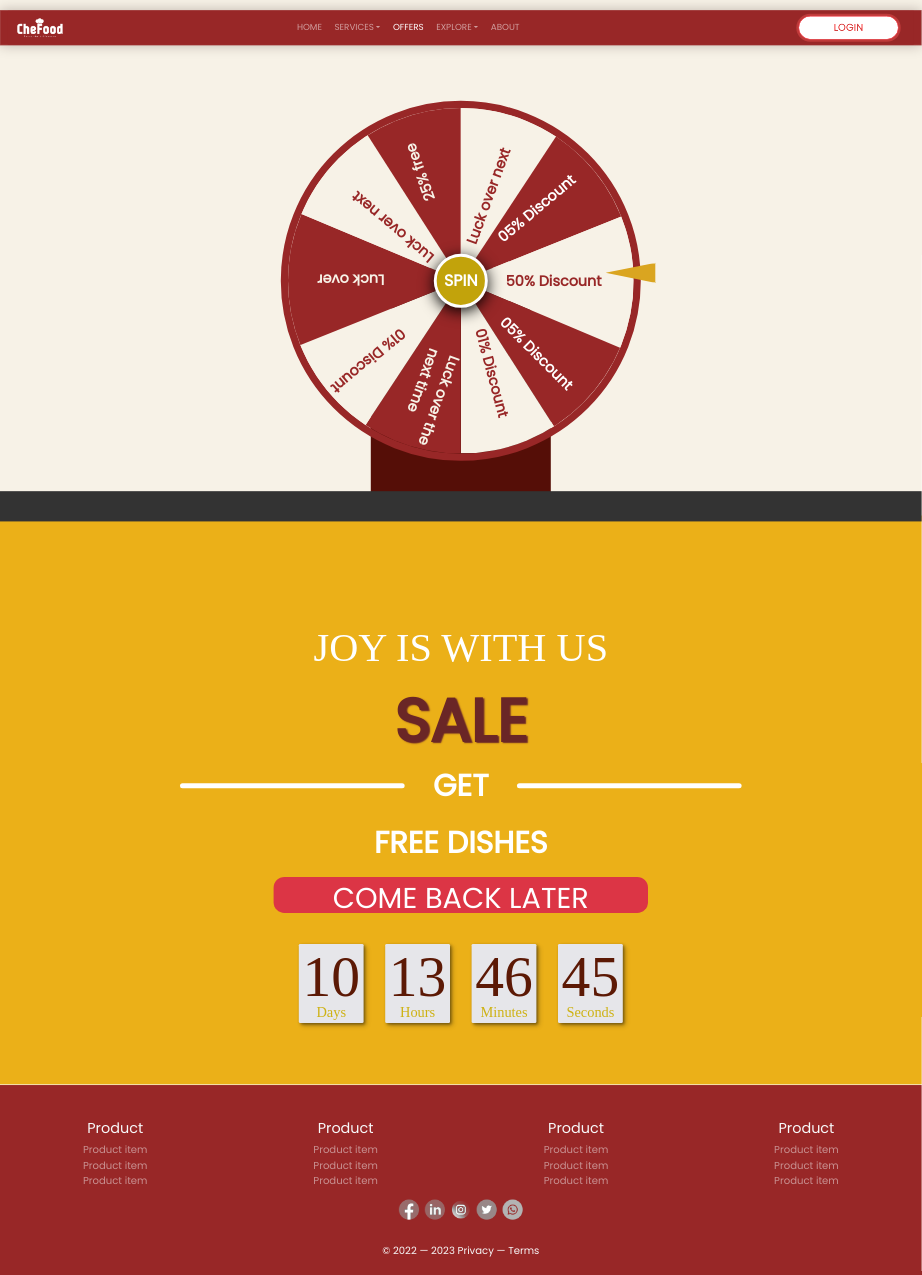
Repository: qamchamine/chefood
Page: /offers (app in front-end/)
These files come from the project's save history. The page is drawn as it stood at one moment and after a run of saves; the edit follows.
The browser window is 1280 px wide. The pictures show the whole page, at 72% of full size.
The project was rebuilt for these pictures with package versions that can differ from the ones it lists, and the page was loaded fresh each time. Some packages were replaced by stand-ins written for this rebuild. Also part of the build but not shown: front-end/src/components/small_components/ButtonMain.jsx, front-end/src/components/small_components/HomeCard.jsx, front-end/src/components/small_components/HomeCardFullSection.jsx, front-end/src/components/pages/Home.jsx, front-end/src/css/explore.css, front-end/src/components/pages/sub-pages/Gallery.jsx, front-end/src/components/pages/sub-pages/Delivery.jsx, front-end/src/components/small_components/ComponentToPrint.jsx and 28 more. Imported but missing from the stored project, and not drawn on this page: front-end/src/sounds/applause.mp3, front-end/src/sounds/wheel.mp3.

Above is the page before, as saved 2023-06-18 20:00:10.

### front-end/public/index.html
<!DOCTYPE html>
<html lang="en">
  <head>
    <meta charset="utf-8" />
    <link rel="icon" href="%PUBLIC_URL%/favicon.ico" />
    <meta name="viewport" content="width=device-width, initial-scale=1" />
    <meta name="theme-color" content="#000000" />
    <meta
      name="description"
      content="Web site created using create-react-app"
    />
    <link
    rel="stylesheet"
    href="https://fonts.googleapis.com/css?family=Roboto:400,700"
  />
    <link rel="apple-touch-icon" href="%PUBLIC_URL%/logo192.png" />
    <link rel="manifest" href="%PUBLIC_URL%/manifest.json" />

    <link rel="stylesheet" href="https://fonts.googleapis.com/icon?family=Material+Icons">

    <link rel="stylesheet" href="https://maxcdn.bootstrapcdn.com/font-awesome/4.7.0/css/font-awesome.min.css">
    <script src="https://code.jquery.com/jquery-3.5.1.min.js"></script>
    <script src="https://cdn.jsdelivr.net/npm/popper.js@1.16.0/dist/umd/popper.min.js"></script>




    <title>React App</title>
  </head>
  <body>

    <div id="root"></div>
<!--     <script src="jquery/jquery-3.6.0.js"></script>  -->
    <script src="https://unpkg.com/sweetalert/dist/sweetalert.min.js"></script>

  </body>
</html>

### front-end/src/components/pages/Offers.jsx
import React from 'react'
import WheelSpin from '../small_components/WheelSpin'
import OffersButtom from '../small_components/OffersButtom'
export default function Offers() {
  return (
    <div>


      <WheelSpin/>
      <OffersButtom/>
    </div>
  )
}

### front-end/src/css/home.css
.homeBG {
    height: fit-content;
    position: relative;
    right: -10%;
    top: 34%;
    z-index: -1;
    width: 100em !important;


}
@font-face {
    font-family: 'poppin';
    src: url('../fonts/Poppins/Poppins-Regular.ttf') ;
    font-weight: normal;
    font-style: normal;
  }
body {
    font-family:'poppin', sans-serif !important;
    background-color: #F7F2E7 !important;
    max-width: 100vw;
    font-weight: normal !important;
    overflow-x: hidden;
    font-size: 14px !important;
}

body::-webkit-scrollbar {
    width: 0;
}

.nb {
/*     position: fixed; */
/*     top: 1em; */
    background-color: #982727 !important;
    box-shadow: 0 0px 20px #1f020241;
    border: 1px solid #ffffff22;
}

.navbar {
    background-color: #982727 !important;
}

.changeColor {
    background-color: blue !important;
}

.signUP {
    background: white !important;
    color: #982727 !important;
    font-weight: bold !important;
    outline: 5px solid #982727ab;
    outline-offset: -2px;
    transition: 500ms ease;


}

.homeContent {
    height: 90vh;
    z-index: 0;
    margin-top: -1.5em !important;
}

.homeContent h1 {
    color: #F7F2E7;
    text-align: start;
width: 40vw !important;
}

.homeContent h1 span {
    position: relative;
    display: inline-block;
    margin-bottom: 10px;
    padding: 4px 20px 8px;
    transition: 1s ease;
}

.homeContent h1 span::before {
    content: '';
    position: absolute;
    background: #982727;
    left: 0;
    top: 0;
    z-index: -1;
    width: 100%;
    height: 100%;
    transform: skew(-10deg);
}

.homeContent h1 span:last-child::before {
    transform: skew(10deg);
}

.homeContent p {
    width: 72%;
    color: #982727;
    text-align: left;
}

.homeContent .homeMainButtons {
    width: 72%;
}

.cardBtn {
    transition: 1s ease;
}

.cardBtn:hover {
    filter: brightness(130%);

}

.cardBtn i {
    left: 63%;
    transition: 300ms ease;
}

.cardBtn:hover i {
    left: 75%;
}

.btnMain:hover {
    filter: brightness(130%);
}

.card-img-top {
    object-fit: cover;
}

.signUP:hover {

    background: #982727 !important;
    color: white !important;
    font-weight: bold !important;
    outline: 5px solid #ffffff55;
    outline-offset: -4px;
}

.cardsGroup:not(:first-child) {
    translate: 50% 0;
}

.arrow-1-1 {
    position: absolute;
    top: 50%;
    left: 0;
}

.home .carousel-control-prev-icon,
.home .carousel-control-next-icon {

    width: 1.3em;
    height: 1.3em;
    color:black !important;

    outline: 12px solid #982929;
    outline-offset: -1px;
    background-color: #982929;
    background-size: 100%, 100%;
    border-radius: 50%;
    box-shadow: 0 0 10px black;
}

.home .carousel-control-prev,
.home .carousel-control-next {
    z-index: 10;
    width: 4em !important;
/*     background: red; */

}

/* .py-4 {
    padding-top: 0rem !important;
    padding-bottom: 0rem !important;
} */

.nb{
    zoom:87%;
}

### front-end/src/css/delivery.css
.price {
    background: #982727;
    color: white;
    text-align: center;
    padding-block: 1em;
    border-radius: .5em;
}

.delivery-page .card {
    transition: 300ms ease;
    user-select: none;
}

.delivery-page .card ul {
    list-style-type: none;
}

.delivery-page .card:hover {
    filter: contrast(120%);
    cursor: pointer;
    outline: .3em solid #982727;
    box-shadow: 0 .4em 0px .3em #982727 !important;
}

.delivery-page {
    height: fit-content;
    display: flex;
    align-items: center;
    margin-top: 8em !important;
}
.scroll-bar-activated::-webkit-scrollbar {
    display: block !important;
    background: rgba(255, 0, 0, 0) !important;
    width: 1em !important;
}
.scroll-bar-activated{
    overflow: overlay !important;

}
.scroll-bar-activated::-webkit-scrollbar-thumb {
    display: block !important;
    background: linear-gradient(to bottom,transparent 0% 23%,#982727 20% 70%,transparent 50% 100%) !important;
    z-index: 10000000 !important;
    width: 10px !important;
}

.delivery-page>div {
    height: fit-content;
    position: relative;

}

.delivery-page>div:last-child h5 img {
    height: 11em;
}

h1.section-2{
    margin-top: 4em ;
}
.cards2{
    margin-bottom: 5em ;
}
h1{
    text-transform: uppercase;
    color: #6a2626;;
}

### front-end/src/components/small_components/WheelSpin.jsx
import React, { useEffect,useContext } from 'react'
import '../../css/spinWheel.css'
import applause from '../../sounds/applause.mp3'
import wheel from '../../sounds/wheel.mp3'
import {Link} from 'react-router-dom'
import swal from 'sweetalert2'
import { LoginContext } from '../../config/LoginContext'
export default function WheelSpin() {
  const { isLoggedIn } = useContext(LoginContext);

useEffect(() => {


    function shuffle(array) {
        var currentIndex = array.length,
          randomIndex;

        // While there remain elements to shuffle...
        while (0 !== currentIndex) {
          // Pick a remaining element...
          randomIndex = Math.floor(Math.random() * currentIndex);
          currentIndex--;

          // And swap it with the current element.
          [array[currentIndex], array[randomIndex]] = [
            array[randomIndex],
            array[currentIndex],
          ];
        }

        return array;
      }

      document.querySelector('.spin').addEventListener('click',spin)
      function spin() {
        // Play the sound
        document.querySelector('#wheel').play();
        // Inisialisasi variabel
        const box = document.getElementById("box");
        const element = document.getElementById("mainbox");
        let SelectedItem = "";

        let MagicRoaster = shuffle([1890, 2250, 2610]);
        let Sepeda = shuffle([1850, 2210, 2570]); //Kemungkinan : 100%
        let RiceCooker = shuffle([1810, 2170, 2530]);
        let LunchBox = shuffle([1770, 2130, 2490]);
        let Sanken = shuffle([1750, 2110, 2470]);
        let Electrolux = shuffle([1630, 1990, 2350]);
        let JblSpeaker = shuffle([1570, 1930, 2290]);

        // Bentuk acak
        let Hasil = shuffle([
          MagicRoaster[0],
          Sepeda[0],
          RiceCooker[0],
          LunchBox[0],
          Sanken[0],
          Electrolux[0],
          JblSpeaker[0],
        ]);
        // console.log(Hasil[0]);

        // Ambil value item yang terpilih
        if (MagicRoaster.includes(Hasil[0])) SelectedItem = "50% Discount";
        if (Sepeda.includes(Hasil[0])) SelectedItem = " 05% Discount";
        if (RiceCooker.includes(Hasil[0])) SelectedItem = "01% Discount";
        if (LunchBox.includes(Hasil[0])) SelectedItem = "Luck over the next time";
        if (Sanken.includes(Hasil[0])) SelectedItem = "01% Discount";
        if (Electrolux.includes(Hasil[0])) SelectedItem = "25% Discount";
        if (JblSpeaker.includes(Hasil[0])) SelectedItem = "05% Discount";

        // Proses
        box.style.setProperty("transition", "all ease 5s");
        box.style.transform = "rotate(" + Hasil[0] + "deg)";
        element.classList.remove("animate");
        setTimeout(function () {
          element.classList.add("animate");
        }, 5000);

        // Munculkan Alert
        setTimeout(function () {
            document.querySelector('#applause').play();
/*           swal(
            "Congratulations",
            "You Won The " + SelectedItem + ".",
            "success"
          ); */


         new swal({
            title: "Congratulations",
            text: "You Won The " + SelectedItem + ".",
            icon: "success",
            buttons: {
              confirm: {
                text: "CLAIM REWARD",
                value: true,
                className: "claim-btn"
              },
            },
          })
          .then((value) => {
            // The user clicked the "OK" button
/*             console.log("User clicked OK");
 */          });


        }, 6000);

        // Delay and set to normal state
        setTimeout(function () {
          box.style.setProperty("transition", "initial");
          box.style.transform = "rotate(90deg)";
        }, 9000);
      }


}, []);




  return (
    <div className="spinner-wheel ">
    <div className="mainbox" id="mainbox">
      <div className="box" id="box">
        <div className="box1">
          <span className="font span1"><b >  Luck over next </b></span>
          <span className="font span2"><b>05% Discount</b></span>
          <span className="font span3"><b>50% Discount</b></span>
          <span className="font span4"><b> 05%  Discount</b></span>
          <span className="font span5"><b> 01% Discount <br />
              </b></span>
        </div>
        <div className="box2">
          <span className="font span1"><b>Luck over the next time</b></span>
          <span className="font span2"><b>01% Discount </b></span>
          <span className="font span3"><b>Luck over </b></span>
          <span className="font span4"><b>Luck over next</b></span>
          <span className="font span5"><b>25% free</b></span>
        </div>
      </div>

      <div className="text-center">

	<button  className={`spin ${isLoggedIn?'':'d-none'} ` } >SPIN</button>
  {isLoggedIn?'':<button  className="trigger-btn spin" data-bs-toggle="modal" data-bs-target="#myModal">SPIN</button>}

</div>

<div id="myModal" className="modal ">
	<div className="modal-dialog position-relative modal-confirm">
		<div className="modal-content ">
			<div className="modal-header flex-column">
                <button type="button" className="btn-close " style={{translate:'80% -80%'}} data-bs-dismiss="modal" ></button>
				<div className="icon-box">
					<i className="material-icons">warning</i>
				</div>
				<h4 className="modal-title w-100 ">You need to login first !</h4>
			</div>
			<div className="modal-body">
				<p>Do you really want to delete these records? This process cannot be undone.</p>
			</div>
			<div className="modal-footer justify-content-center gap-4">

        <Link to='/register' className="btn w-25 btn-secondary"
        >Register</Link>

        <Link to='/login' className="btn w-25 px-4 ">Login</Link>
			</div>
		</div>
	</div>
</div>













    </div>
    <audio controls="controls" id="applause" src={applause} type="audio/mp3"></audio>
    <audio controls="controls" id="wheel" src={wheel} type="audio/mp3"></audio>
    <div className='spinBase'></div>
<div className=' w-100 position-absolute top-100' style={{height:'3em',background:'#333',translate:'0 -90%'}}>

</div>

  </div>
  )
}

### front-end/src/components/small_components/OffersButtom.jsx
import React from 'react'
import '../pages/style/offoreB.css'
// import  CountDown  from './CountDown'
import Timer from './Timer'


export default function OffersButtom() {
  return (
    <div className='parent-element bgBorder'>
      <div className='borderTB'></div>
        <div className=' contM '>
            <h1 className='title'>Joy is with us</h1>
                <h1 className='titleblack color-dark'>SALE</h1>
                  <p className='getparagraph'>GET</p>
                  <p>FREE DISHES</p>

                  <span className='bg-danger h1 Vbotton  '>COME BACK LATER</span>
                  {/* <CountDown duration={2 * 24 * 60 * 60 * 1000}/> */}
                  <Timer/>


        </div>
      <div className='borderTB'></div>
    </div>
  )
}

### front-end/src/components/small_components/Timer.jsx
import React, { useEffect, useState } from 'react';
import '../../css/Timer.css'

function Timer() {
  const [days, setDays] = useState('00');
  const [hours, setHours] = useState('00');
  const [minutes, setMinutes] = useState('00');
  const [seconds, setSeconds] = useState('00');

  useEffect(() => {
    function makeTimer() {
      const endTime = new Date("29 jun 2023 9:56:00 GMT+01:00");
      const endTimeInSeconds = Date.parse(endTime) / 1000;

      const now = new Date();
      const nowInSeconds = Date.parse(now) / 1000;

      const timeLeft = endTimeInSeconds - nowInSeconds;

      const calculatedDays = Math.floor(timeLeft / 86400);
      const calculatedHours = Math.floor((timeLeft - calculatedDays * 86400) / 3600);
      const calculatedMinutes = Math.floor((timeLeft - calculatedDays * 86400 - calculatedHours * 3600) / 60);
      const calculatedSeconds = Math.floor(timeLeft - calculatedDays * 86400 - calculatedHours * 3600 - calculatedMinutes * 60);

      const formattedHours = calculatedHours < 10 ? `0${calculatedHours}` : calculatedHours.toString();
      const formattedMinutes = calculatedMinutes < 10 ? `0${calculatedMinutes}` : calculatedMinutes.toString();
      const formattedSeconds = calculatedSeconds < 10 ? `0${calculatedSeconds}` : calculatedSeconds.toString();

      setDays(calculatedDays.toString());
      setHours(formattedHours);
      setMinutes(formattedMinutes);
      setSeconds(formattedSeconds);
    }

    const timerInterval = setInterval(makeTimer, 100);

    return () => {
      clearInterval(timerInterval);
    };
  }, []);

  return (
    <div className='timer'>
      <div id="days" className='timerD' >{days}<span className='Stime'>Days</span></div>
      <div id="hours"  className='timerD'>{hours}<span className='Stime'>Hours</span></div>
      <div id="minutes" className='timerD' >{minutes}<span className='Stime'>Minutes</span></div>
      <div id="seconds" className='timerD' >{seconds}<span className='Stime'>Seconds</span></div>
    </div>
  );
}

export default Timer;

### front-end/src/css/Timer.css

@import url(https://fonts.googleapis.com/css?family=Titillium+Web:400,200,200italic,300,300italic,900,700italic,700,600italic,600,400italic);

/* .timer {
  font-family: 'Titillium Web', cursive;
  width: 800px;
  margin: 0 auto;
  text-align: center;
  color: white;
  background: #222;
  font-weight: 100;
} */

.timer {
  display: inline-flex;
  line-height: 1;
  padding: 20px;
  font-size: 40px;
  font-family: 'Times New Roman', cursive;


}
.timerD{
    border-radius: 2px;
    padding: 5px;
    font-size: 10px;
    border: 70px rgb(131, 55, 55);
    box-shadow:2px 2px 4px rgba(0, 0, 0, 0.4), 4px 4px 8px rgba(0, 0, 0, 0.2);
}

.Stime {
  display: block;
  font-size: 20px;
  color: rgb(206, 178, 19);

}

#days {
  font-size: 80px;
  color: rgb(92, 25, 5);
  background-color:rgb(230, 230, 234);

  margin: 15px;
}
#hours {
  font-size: 80px;
  color: rgb(92, 25, 5);
  background-color:rgb(230, 230, 234);
  margin: 15px;
}
#minutes {
  font-size: 80px;

  color: rgb(92, 25, 5);
  background-color:rgb(230, 230, 234);
  margin: 15px;
}
#seconds {
  font-size: 80px;
  color: rgb(92, 25, 5);
  background-color:rgb(230, 230, 234);
  margin: 15px;
}

Loaded but not shown: front-end/src/index.css (common file); front-end/src/App.js (39 lines, source omitted); front-end/src/config/LoginContext.js (68 lines, source omitted); front-end/src/index.js (20 lines, source omitted); front-end/src/css/reservation.css (400 lines, source omitted); front-end/src/css/spinWheel.css (284 lines, source omitted); front-end/src/components/Navbar.jsx (162 lines, source omitted); front-end/src/css/nav-footer.css (260 lines, source omitted); front-end/src/css/contactus.css (178 lines, source omitted); front-end/src/components/pages/style/offoreB.css (191 lines, source omitted); front-end/src/components/Footer.jsx (57 lines, source omitted); front-end/src/css/location.css (150 lines, source omitted)

After the next 2 saves:
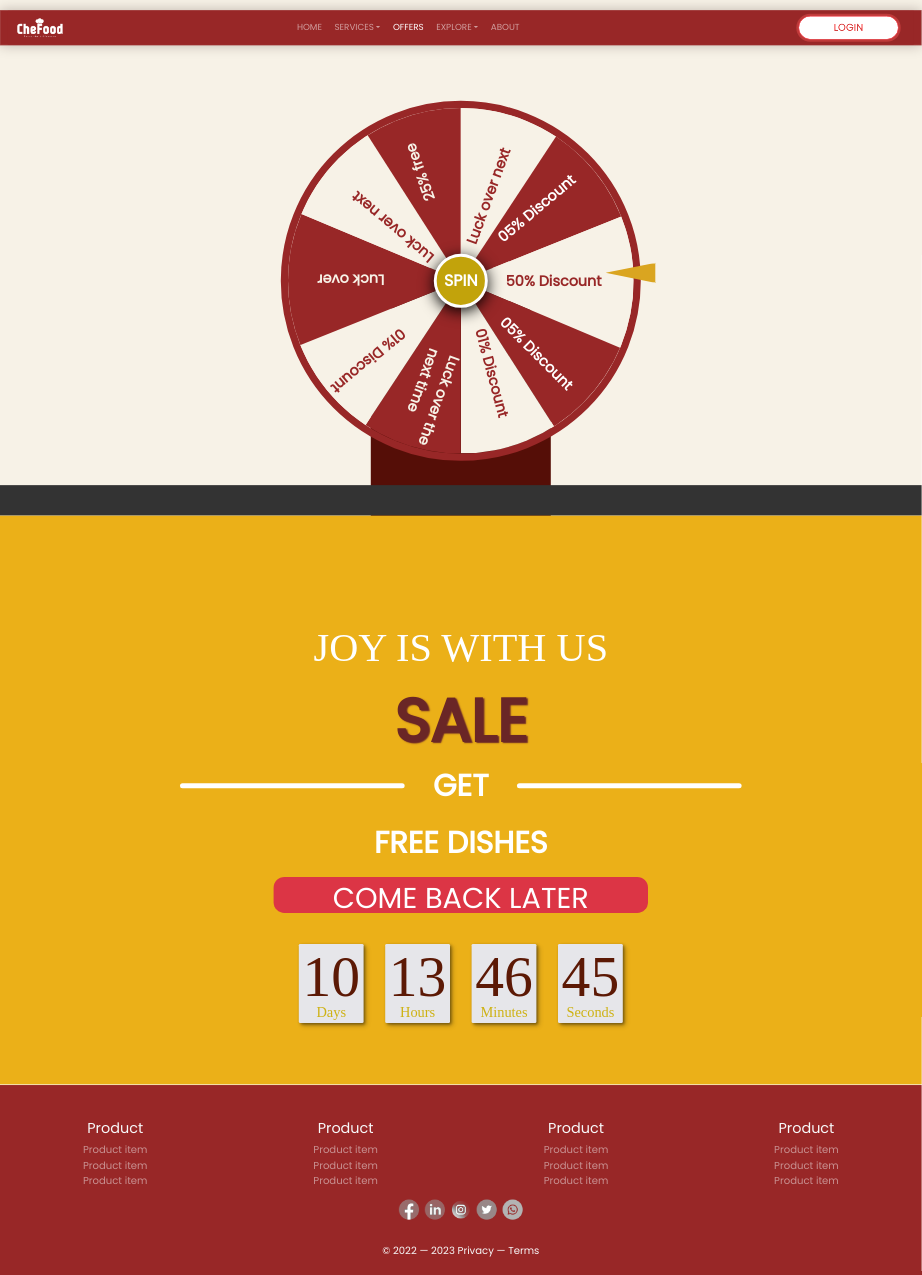
The 2 saves are shown as one change because they came seconds apart.
The last was saved 17 s later.
--- a/front-end/src/components/small_components/WheelSpin.jsx
+++ b/front-end/src/components/small_components/WheelSpin.jsx
@@ -188,7 +188,7 @@
     <audio controls="controls" id="applause" src={applause} type="audio/mp3"></audio>
     <audio controls="controls" id="wheel" src={wheel} type="audio/mp3"></audio>
     <div className='spinBase'></div>
-<div className=' w-100 position-absolute top-100' style={{height:'3em',background:'#333',translate:'0 -90%'}}>
+<div className=' w-100 position-absolute top-100' style={{height:'3em',background:'#333',translate:'0 -110%'}}>
 
 </div>
 

After the save that followed:
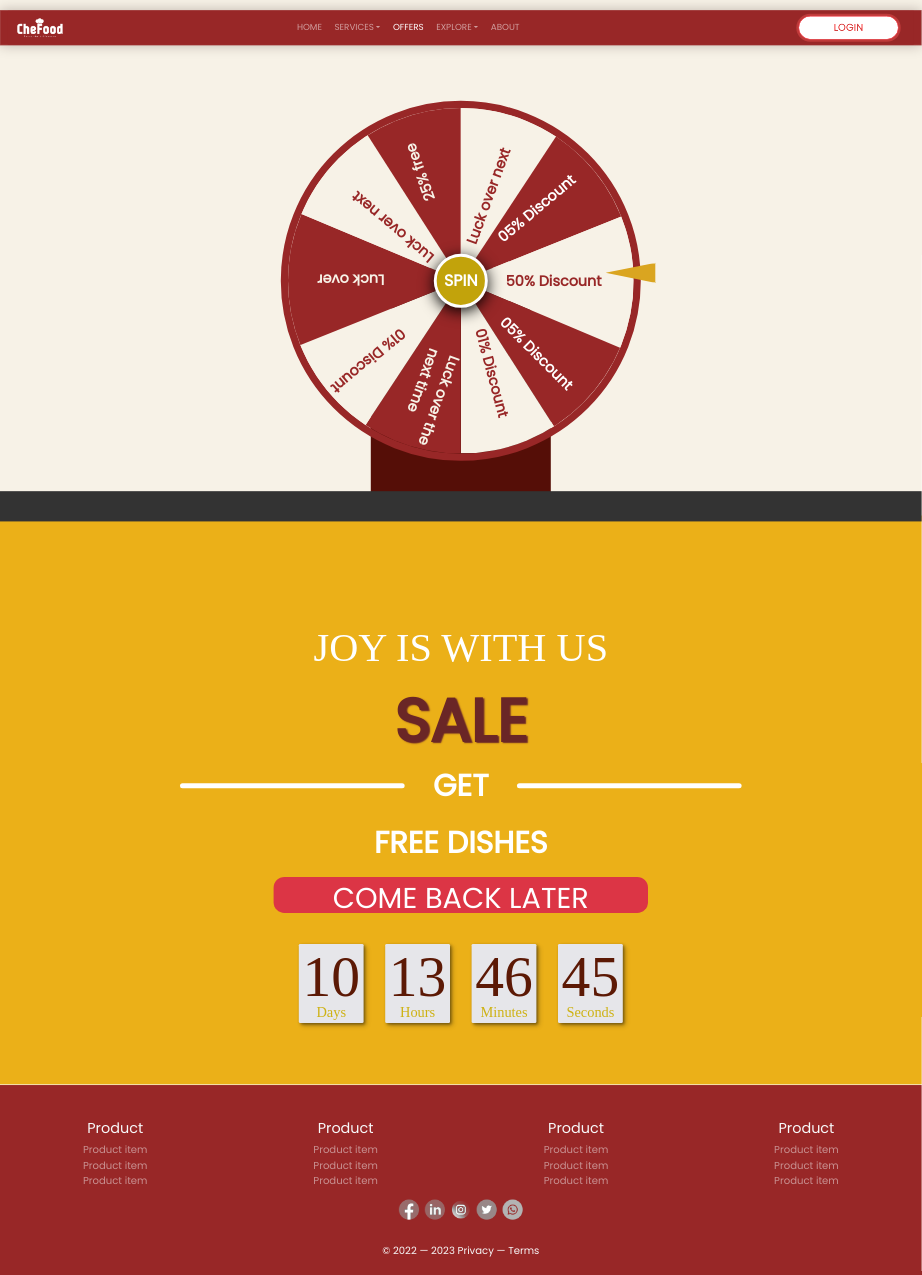
Saved 18 s later.
--- a/front-end/src/components/small_components/WheelSpin.jsx
+++ b/front-end/src/components/small_components/WheelSpin.jsx
@@ -188,7 +188,7 @@
     <audio controls="controls" id="applause" src={applause} type="audio/mp3"></audio>
     <audio controls="controls" id="wheel" src={wheel} type="audio/mp3"></audio>
     <div className='spinBase'></div>
-<div className=' w-100 position-absolute top-100' style={{height:'3em',background:'#333',translate:'0 -110%'}}>
+<div className=' w-100 position-absolute top-100' style={{height:'3em',background:'#333',translate:'0 -90%'}}>
 
 </div>
 
